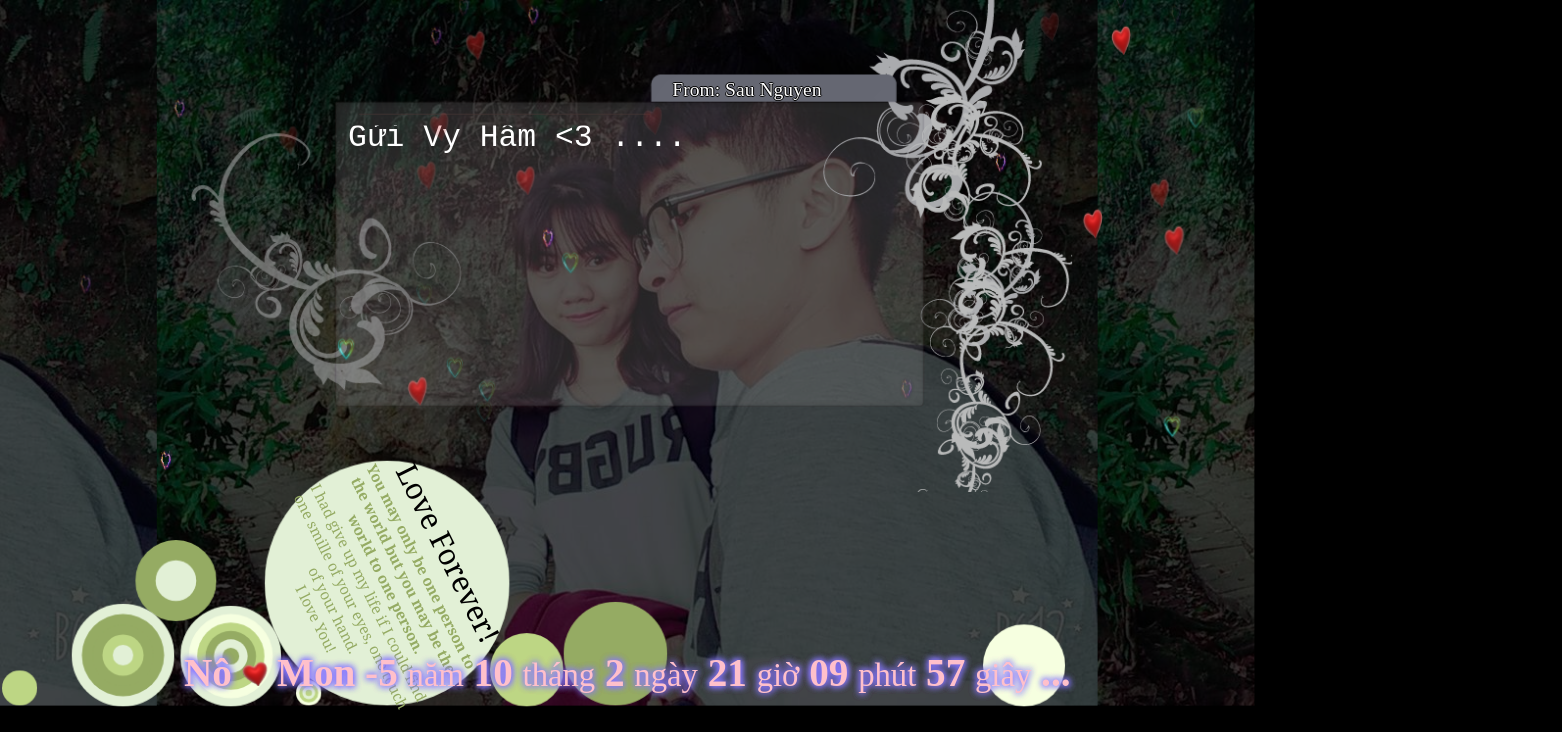
Repository: saunptit97/hpbdmon
Page: index.html
The author's editor kept a copy of each file at every save. The page is drawn from the files as they stood at one save, then again after the next save.
The browser window is 1280 px wide. The page is 1594 px wide, so the pictures cover 1594 px, including what lies to the right of the window. The pictures show the whole page, at 98% of full size.

Above is the page before, as saved 2022-11-12 20:38:18.
Console error: TypeError: $(...).play is not a function

### index.html
<!DOCTYPE html PUBLIC "-//W3C//DTD XHTML 1.0 Transitional//EN" "http://www.w3.org/TR/xhtml1/DTD/xhtml1-transitional.dtd">
<html xmlns="http://www.w3.org/1999/xhtml">
<head>
    <meta http-equiv="Page-Enter" content="progid:DXImageTransform.Microsoft.Fade(duration=1)">
    <meta http-equiv="Page-Exit" content="progid:DXImageTransform.Microsoft.Fade(duration=1)">
    <meta http-equiv="X-UA-Compatible" content="chrome=1">
    <meta http-equiv="Content-Type" content="text/html; charset = UTF-8" />
    <link rel="shortcut icon" href="favicon.ico" />
    <link rel="Stylesheet" href="style.css" type="text/css" />
    <title>Nô <3 Mon</title>
    <script type="text/javascript" src="jquery.min.js"></script>
    <script type="text/javascript" src="counterup.js"></script>
    <script type="text/javascript" src="timroi.js"></script>
    <script language="javascript">

        title_tmp1 = document.title

        if (title_tmp1.indexOf(">>") != -1) {

            title_tmp2 = title_tmp1.split(">>");

            title_last = "*~*" + title_tmp2[1];

            title_last = title_last + "*~*" + title_tmp2[2];

        } else {



            if (title_tmp1.indexOf("*~*") != -1) {

                title_tmp2 = title_tmp1.split("*~*");

                title_last = "*~*" + title_tmp2[1];

                if (title_last == "*~*") { title_last = "*~*" };

                if (title_last == "*~*") { title_last = "*~*" };

            }

            else { title_last = " Nô <3 Mon " }

        }

        title_new = "" + title_last + ""

        step = 0

        function flash_title() {

            step++

            if (step == 8) { step = 1 }

            if (step == 1) { document.title = '[~~~*' + title_new + '*~~~]' }

            if (step == 2) { document.title = '[~~*~' + title_new + '-*~~]' }

            if (step == 3) { document.title = '[~*~~' + title_new + '~~*~]' }

            if (step == 4) { document.title = '[*~~~' + title_new + '~~~*]' }

            if (step == 5) { document.title = '[~*~~' + title_new + '~~*~]' }

            if (step == 6) { document.title = '[~~*~' + title_new + '~*~~]' }

            if (step == 7) { document.title = '[~~~*' + title_new + '*~~~]' }

            setTimeout("flash_title()", 180);

        }

        flash_title();

        function scrollToBottom(elm_id) {
            var elm = document.getElementById(elm_id);
            try {
                elm.scrollTop = elm.scrollHeight;
            }
            catch (e) {
                var f = document.createElement("input");
                if (f.setAttribute) f.setAttribute("type", "text")
                if (elm.appendChild) elm.appendChild(f);
                f.style.width = "0px";
                f.style.height = "0px";
                if (f.focus) f.focus();
                if (elm.removeChild) elm.removeChild(f);
            }
        }

    </script>

</head>
<body onload="javascript:teclear();">
    <div id="TextCounter">
        <strong>Nô</strong>
        <img src="heartr.png" />
        <strong>Mon</strong> <span id="counter">
            <script type="text/javascript">
                new CountUp('September 30 2022 00:00:00', 'counter', "...  ");
            </script>
        </span>
    </div>

    <div id="BgContent">
    	<audio id="audio" style="display:none;" src="Han.mp3" autoplay loop > </audio>
        <div id="copyright">
            From: Sau Nguyen
        </div>
        <div id="TextContent">
        </div>
        <div id="MusicPlayer">
            <iframe src=Han.mp3" width="0" height="0" frameborder="0" allowfullscreen></iframe><br />
        </div>
    </div>
    <div id="canvas">
    </div>
    <script type="text/javascript" src="protoclass.js"></script>
    <script type="text/javascript" src="box2d.js"></script>
    <script type="text/javascript" src="Main.js"></script>
    <script language="javascript" type="text/javascript">
        mensaje =
'<font size="6" face="Courier New" color="#fff">Gửi Vy Hâm <3 ....<br></font>' + ' <br>' +

'<font color="#fff" size="4">Tớ không phải là người hoàn hảo, tớ hậu đậu, vô tâm và hơi tồ tồ,... Mặc dù tớ không tài giỏi để vẽ một bức tranh tặng cậu, tớ không giàu để tặng cậu một khu vườn… Nhưng tớ có thể tặng cậu trái tim của tớ và nguyện chở che cho cậu hết quãng đời còn lại. Hãy nhận món quà này từ tớ cậu nhé!</font><br>' +

'<br>    ' +
'<br>' +

'<p align="left"> <font face="Courier New" color="#fff" size="6">Tớ <3 Cậu ...!! </font></p>';
        line = 0;
        cursor = '_';
        function teclear() {
            if (line == mensaje.length) cursor = '';
            document.getElementById('TextContent').innerHTML = mensaje.substring(0, line) + cursor;
            var objDiv = document.getElementById("TextContent");
            objDiv.scrollTop = objDiv.scrollHeight;
            if (line++ < mensaje.length) setTimeout("teclear()", 60);
        }
    </script>
</body>
</html>

<script type="text/javascript">
	jQuery(document).ready(function($) {
		$("#audio").play();
	});
</script>

### style.css
body
{
    padding: 0px;
    margin: 0px;
    overflow: hidden;
    /*background-image: url('background.jpg');*/
    /*background-position: top center;*/
}

body:before{
    overflow: hidden;
    background-image: url('background.jpg');
    background-position: top center;
    content: "";
    display: block;
    position: absolute;
    z-index: -1;
    width: 100%;
    height: 100%;
    opacity: .3;
}
#TextCounter
{
    text-align: center;
    color: pink;
    font-size: 18px;
    position: absolute;
    bottom: 10px;
    width: 100%;
    z-index: 9999999;
    font: 40px 'ChunkFiveRegular';
    text-shadow: 0 0 0.2em #87F, 0 0 0.2em #87F, 0 0 0.2em #87F;
}


#copyright
{

    padding-top:80px;

    color: #fff;
    width: 100%;
    font-size: 20px;
    padding-left:500px;
    text-shadow: -1px 0 black, 0 1px black, 1px 0 black, 0 -1px black;
}


#BgContent
{
    height: 621px;
    width: 908px;
    position:relative;
    clear:both;
    margin-left: auto;
    margin-right: auto;
    background-image: url('bgcontent.png');
    background-position: top center;
    background-repeat: no-repeat;

}

#MusicPlayer
{
    margin-top:15px;
    padding-left:450px;

}


#TextContent
{
    height:275px;
    width:570px;
    margin-top:25px;
    line-height:25px;

    z-index:9999999;

    margin-left:auto;
    margin-right:auto;
    overflow:hidden;

}

### counterup.js
function CountUp(initDate, id, msg){
  this.beginDate = new Date(initDate);
  this.msg = msg;
  this.numOfDays = [ 31, 28, 31, 30, 31, 30, 31, 31, 30, 31, 30, 31 ];
  this.borrowed = 0, this.years = 0, this.months = 0, this.days = 0;
  this.hours = 0, this.minutes = 0, this.seconds = 0;
  this.updateNumOfDays();
  this.calculate(id);
}

CountUp.prototype.updateNumOfDays=function(){
  var dateNow = new Date();
  var currYear = dateNow.getFullYear();
  if ( (currYear % 4 == 0 && currYear % 100 != 0 ) || currYear % 400 == 0 ) {
    this.numOfDays[1] = 29;
  }
  var self = this;
  setTimeout(function(){self.updateNumOfDays();}, (new Date((currYear+1), 1, 1) - dateNow));
}

CountUp.prototype.datePartDiff=function(then, now, MAX){
  var diff = now - then - this.borrowed;
  this.borrowed = 0;
  if ( diff > -1 ) return diff;
  this.borrowed = 1;
  return (MAX + diff);
}

CountUp.prototype.formatTime=function(){
  this.seconds = this.addLeadingZero(this.seconds);
  this.minutes = this.addLeadingZero(this.minutes);
  this.hours = this.addLeadingZero(this.hours);
}

CountUp.prototype.addLeadingZero=function(value){
  return value < 10 ? ("0" + value) : value;
}

CountUp.prototype.calculate = function (id) {
    var currDate = new Date();
    var prevDate = this.beginDate;
    this.seconds = this.datePartDiff(prevDate.getSeconds(), currDate.getSeconds(), 60);
    this.minutes = this.datePartDiff(prevDate.getMinutes(), currDate.getMinutes(), 60);
    this.hours = this.datePartDiff(prevDate.getHours(), currDate.getHours(), 24);
    this.days = this.datePartDiff(prevDate.getDate(), currDate.getDate(), this.numOfDays[currDate.getMonth()]);
    this.months = this.datePartDiff(prevDate.getMonth(), currDate.getMonth(), 12);
    this.years = this.datePartDiff(prevDate.getFullYear(), currDate.getFullYear(), 0);
    this.formatTime();
    var countainer = document.getElementById(id);
    countainer.innerHTML = "<strong>" + this.years + "</strong> <small>năm</small>" +
    " <strong>" + this.months + "</strong> <small>tháng</small>" +
    " <strong>" + this.days + "</strong> <small>ngày</small>" +
    " <strong>" + this.hours + "</strong> <small>giờ</small>" +
    " <strong>" + this.minutes + "</strong> <small>phút</small>" +
    " <strong>" + this.seconds + "</strong> <small>giây</small>" +
    " <strong> " + this.msg + " </strong>";
    var self = this;
    setTimeout(function () { self.calculate(id); }, 1000);
}

### timroi.js
    if(typeof $pdj=='undefined'){
        var $pdj=jQuery.noConflict()
        }

    if(!image_urls){
        var image_urls=Array()
    }

    if(!flash_urls){
        var flash_urls=Array()
    }

    image_urls['rain']="heart2.png";
    image_urls['heart']="heartr.png";
    image_urls['rain2']="heart3.png";

    $pdj(document).ready(function(){
        var c=$pdj(window).width();
        var d=$pdj(window).height();
        var e=function(a,b){
                return Math.round(a+(Math.random()*(b-a)))
                };
    var f=function(a){
            setTimeout(function(){
                a.css({
                        left:e(0,c)+'px',
                        top:'-30px',
                        display:'block',
                        opacity:'0.'+e(10,100)}).animate({top:(d-10)+'px'},
                        e(7500,8000),
                function(){
                        $pdj(this).fadeOut('slow',
                        function(){f(a)})})},e(1,8000))
                    };
                    $pdj('<div></div>').attr('id','rainDiv').css({position:'fixed',width:(c-20)+'px',height:'1px',left:'0px',top:'-5px',display:'block'}).appendTo('body');

                    for(var i=1;i<=20;i++){
                        var g=$pdj('<img/>').attr('src',image_urls['rain']).css({position:'absolute',left:e(0,c)+'px',top:'-30px',display:'block',opacity:'0.'+e(10,100),'margin-left':0, width:'20px', height : '30px'}).addClass('rainDrop').appendTo('#rainDiv');
                        f(g);
                        g=null
                        var g=$pdj('<img/>').attr('src',image_urls['heart']).css({position:'absolute',left:e(0,c)+'px',top:'-30px',display:'block',opacity:'0.'+e(10,100),'margin-left':0, width:'20px', height : '30px'}).addClass('rainDrop').appendTo('#rainDiv');
                      f(g);
                        g=null
                         var g=$pdj('<img/>').attr('src',image_urls['rain2']).css({position:'absolute',left:e(0,c)+'px',top:'-30px',display:'block',opacity:'0.'+e(10,100),'margin-left':0, width:'20px', height : '30px'}).addClass('rainDrop').appendTo('#rainDiv');
                        f(g);
                        g=null
                    };
                    var h=0;
                    var j=0;
                    $pdj(window).resize(function () { c = $pdj(window).width(); d = $pdj(window).height() })
                });

### protoclass.js

/* Based on Alex Arnell's inheritance implementation. */
var Class = {
  create: function() {
    var parent = null, properties = $A(arguments);
    if (Object.isFunction(properties[0]))
      parent = properties.shift();

    function klass() {
      this.initialize.apply(this, arguments);
    }

    Object.extend(klass, Class.Methods);
    klass.superclass = parent;
    klass.subclasses = [];

    if (parent) {
      var subclass = function() { };
      subclass.prototype = parent.prototype;
      klass.prototype = new subclass;
      parent.subclasses.push(klass);
    }

    for (var i = 0; i < properties.length; i++)
      klass.addMethods(properties[i]);

    if (!klass.prototype.initialize)
      klass.prototype.initialize = this.emptyFunction;

    klass.prototype.constructor = klass;

    return klass;
  },
  emptyFunction:function () {},

};

Class.Methods = {
  addMethods: function(source) {
    var ancestor   = this.superclass && this.superclass.prototype;
    var properties = Object.keys(source);

    if (!Object.keys({ toString: true }).length)
      properties.push("toString", "valueOf");

    for (var i = 0, length = properties.length; i < length; i++) {
      var property = properties[i], value = source[property];
      if (ancestor && Object.isFunction(value) &&
          value.argumentNames().first() == "$super") {
        var method = value, value = Object.extend((function(m) {
          return function() { return ancestor[m].apply(this, arguments) };
        })(property).wrap(method), {
          valueOf:  function() { return method },
          toString: function() { return method.toString() }
        });
      }
      this.prototype[property] = value;
    }

    return this;
  }
};

Object.extend = function(destination, source) {
  for (var property in source)
    destination[property] = source[property];
  return destination;
};

Object.extend(Object, {
  inspect: function(object) {
    try {
      if (Object.isUndefined(object)) return 'undefined';
      if (object === null) return 'null';
      return object.inspect ? object.inspect() : String(object);
    } catch (e) {
      if (e instanceof RangeError) return '...';
      throw e;
    }
  },

  toJSON: function(object) {
    var type = typeof object;
    switch (type) {
      case 'undefined':
      case 'function':
      case 'unknown': return;
      case 'boolean': return object.toString();
    }

    if (object === null) return 'null';
    if (object.toJSON) return object.toJSON();
    if (Object.isElement(object)) return;

    var results = [];
    for (var property in object) {
      var value = Object.toJSON(object[property]);
      if (!Object.isUndefined(value))
        results.push(property.toJSON() + ': ' + value);
    }

    return '{' + results.join(', ') + '}';
  },

  toQueryString: function(object) {
    return $H(object).toQueryString();
  },

  toHTML: function(object) {
    return object && object.toHTML ? object.toHTML() : String.interpret(object);
  },

  keys: function(object) {
    var keys = [];
    for (var property in object)
      keys.push(property);
    return keys;
  },

  values: function(object) {
    var values = [];
    for (var property in object)
      values.push(object[property]);
    return values;
  },

  clone: function(object) {
    return Object.extend({ }, object);
  },

  isElement: function(object) {
    return object && object.nodeType == 1;
  },

  isArray: function(object) {
    return object != null && typeof object == "object" &&
      'splice' in object && 'join' in object;
  },

  isHash: function(object) {
    return object instanceof Hash;
  },

  isFunction: function(object) {
    return typeof object == "function";
  },

  isString: function(object) {
    return typeof object == "string";
  },

  isNumber: function(object) {
    return typeof object == "number";
  },

  isUndefined: function(object) {
    return typeof object == "undefined";
  }
});

function $A(iterable) {
  if (!iterable) return [];
  if (iterable.toArray) return iterable.toArray();
  var length = iterable.length || 0, results = new Array(length);
  while (length--) results[length] = iterable[length];
  return results;
}

if (WebKit = navigator.userAgent.indexOf('AppleWebKit/') > -1) {
  $A = function(iterable) {
    if (!iterable) return [];
    if (!(Object.isFunction(iterable) && iterable == '[object NodeList]') &&
        iterable.toArray) return iterable.toArray();
    var length = iterable.length || 0, results = new Array(length);
    while (length--) results[length] = iterable[length];
    return results;
  };
}

Loaded but not shown: jquery.min.js (library); box2d.js (library); Main.js (512 lines, source omitted)

After the next save:
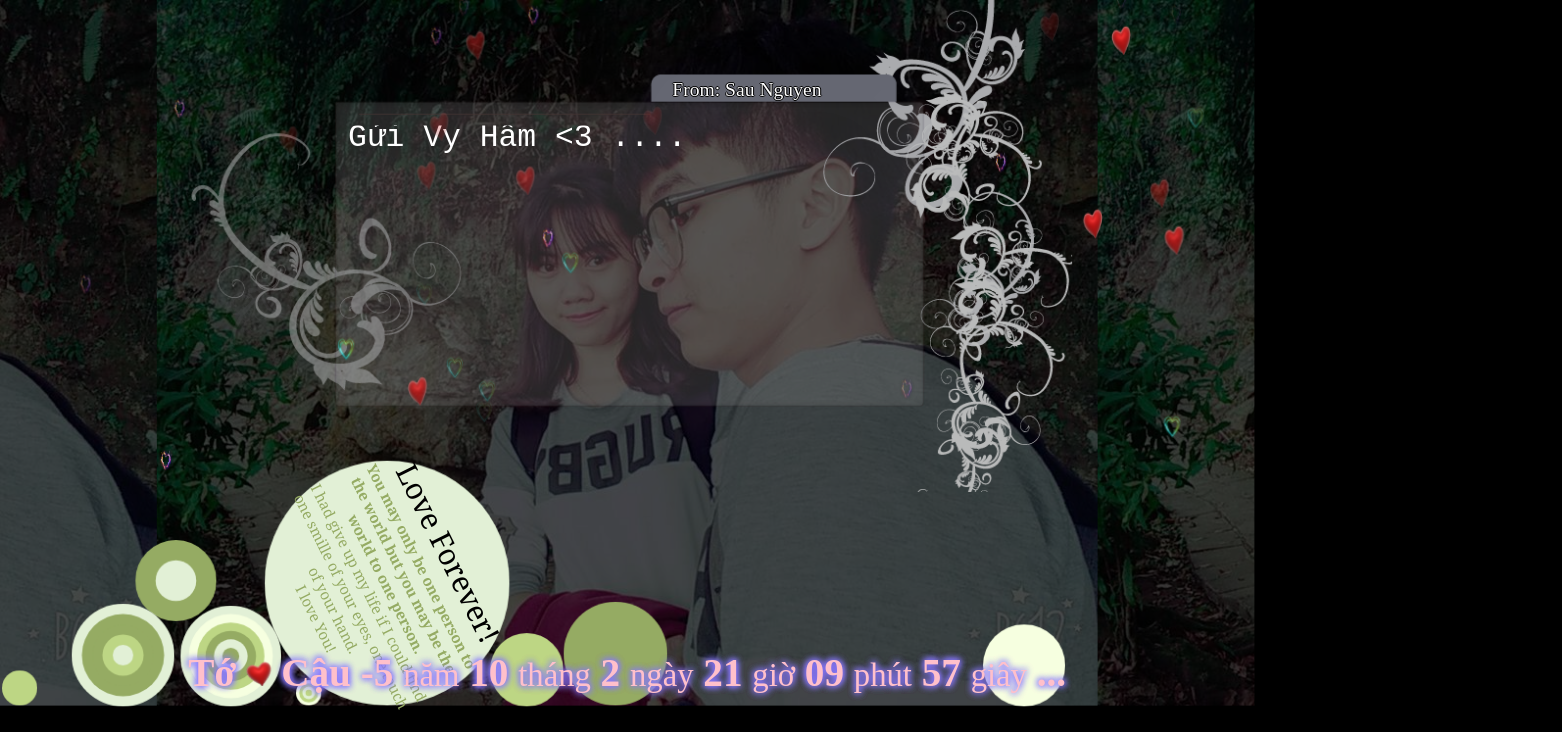
Saved 13 s later.
--- a/index.html
+++ b/index.html
@@ -94,9 +94,9 @@
 </head>
 <body onload="javascript:teclear();">
     <div id="TextCounter">
-        <strong>Nô</strong>
+        <strong>Tớ</strong>
         <img src="heartr.png" />
-        <strong>Mon</strong> <span id="counter">
+        <strong>Cậu</strong> <span id="counter">
             <script type="text/javascript">
                 new CountUp('September 30 2022 00:00:00', 'counter', "...  ");
             </script>
